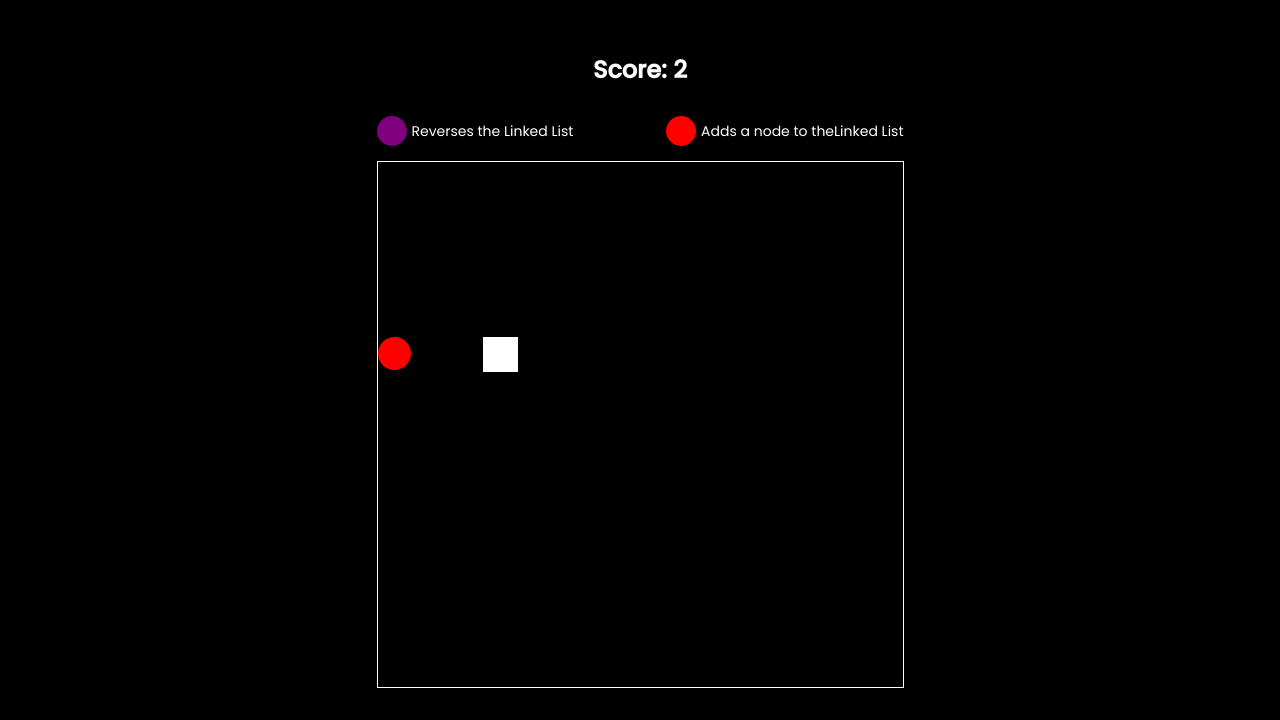
Repository: rehans-Life/linkedlist-snake-game
Page: /
An editor plug-in stored every save of this project. The page is shown before and after the next save, followed by the edit.
The browser window is 1280 px wide. The pictures show the whole page.
The project was rebuilt for these pictures with package versions that can differ from the ones it lists, and the page was loaded fresh each time. The framework's server and built-in components were replaced by stand-ins that run in the browser. Also part of the build but not shown: next.config.js.

Above is the page before, as saved 2023-04-16 02:45:55.

### pages/index.js
import Head from "next/head";
import styles from "../styles/Home.module.css";
import Board from "../components/Board";

export default function Home() {
  return (
    <div className={styles.container}>
      <Head>
        <title>Linked List Snake Game</title>
        <meta name="description" content="linked list snake game" />
        <link rel="icon" href="/favicon.ico" />
      </Head>
      <Board />
    </div>
  );
}

### styles/globals.css
@import url("https://fonts.googleapis.com/css2?family=Poppins:wght@100;200;300;400;500&display=swap");

html,
body {
  padding: 0;
  margin: 0;
}

a {
  color: inherit;
  text-decoration: none;
}

* {
  box-sizing: border-box;
  font-family: Poppins;
}

button {
  margin: 0;
  padding: 0;
}

### styles/Home.module.css
.container {
  background-color: rgb(0, 0, 0);
  height: 100vh;
  display: flex;
  align-items: center;
  justify-content: center;
}

.board {
  border: 1px solid white;
}

.score {
  color: white;
  width: 100%;
  text-align: center;
}

.row {
  display: flex;
  align-items: center;
  justify-content: center;
}

.cell {
  width: 35px;
  height: 35px;
}

.snake_cell {
  background-color: green;
}

.food_cell {
  position: relative;
}

.food_cell::before {
  content: "";
  height: 95%;
  position: absolute;
  width: 95%;
  border-radius: 50%;
  background-color: red;
}

.reverse_cell {
  position: relative;
}

.reverse_cell::before {
  content: "";
  height: 95%;
  position: absolute;
  width: 95%;
  border-radius: 50%;
  background-color: purple;
}

.head {
  background-color: white;
}

.circle {
  height: 30px;
  width: 30px;
  border-radius: 50%;
}

.reverse {
  background-color: purple;
}

.food {
  background-color: red;
}

.text {
  color: white;
  font-size: 14px;
}

.info {
  display: flex;
  align-items: center;
  justify-content: space-between;
  column-gap: 5px;
}

.infos {
  display: flex;
  align-items: center;
  justify-content: space-between;
  margin-bottom: 5px;
}

### components/Board.jsx
/* eslint-disable react-hooks/exhaustive-deps */
import React, { useEffect, useState } from "react";
import styles from "../styles/Home.module.css";
import { createBoard, randomIntInIntervel } from "../utils";

const BOARD_SIZE = 10;

// A Class to represent each node of the linked list
class Node {
  constructor(value, row, col) {
    this.value = value;
    this.row = row;
    this.col = col;
    this.next = null;
  }
}

// A class to represent the singly linked list
class SinglyLinkedList {
  constructor(head) {
    let node = new Node(head.value, head.row, head.col);
    this.head = node;
    this.tail = node;
  }
}

const Direction = {
  UP: "UP",
  RIGHT: "RIGHT",
  DOWN: "DOWN",
  LEFT: "LEFT",
};

const reverseDirection = {
  UP: "DOWN",
  RIGHT: "LEFT",
  DOWN: "UP",
  LEFT: "RIGHT",
};

export default function Board() {
  const [board, setBoard] = useState(createBoard(15));

  // A set to store the values of all snake cells intially our snake will be of size
  // one cell and start from the 44th cells.
  const [snakeCells, setSnakeCells] = useState(new Set([80]));

  // A linked list for our snake initally going to have only one node which
  // is at cell 44.
  const [linkedlist, setLinkedList] = useState(
    new SinglyLinkedList({ value: 80, row: 5, col: 4 })
  );

  const [foodCell, setFoodCell] = useState(85);
  const [direction, setDirection] = useState(Direction.RIGHT);

  const [reverseLinkedList, setReverseLinkedList] = useState(false);
  const [counter, setCounter] = useState(0);

  useEffect(() => {
    window.addEventListener("keydown", (e) => {
      handleKeyDown(e.key);
    });
    let gameStartInternal = setInterval(() => {
      setLinkedList((currLinkedList) => moveLinkedList(currLinkedList));
    }, 250);
    return () => {
      clearInterval(gameStartInternal);
    };
  }, [direction, foodCell, snakeCells]);

  useEffect(() => {
    setSnakeCells((currSnakeCells) => moveSnakeCells(currSnakeCells));
  }, [linkedlist]);

  useEffect(() => {
    setCounter((curr) => curr + 1);
  }, [foodCell]);

  function handleKeyDown(key) {
    const direction = getDirectionFromKey(key);
    if (direction === "") return;
    setDirection(direction);
  }

  const getDirectionFromKey = (key) => {
    if (key === "ArrowUp") return Direction.UP;
    if (key === "ArrowRight") return Direction.RIGHT;
    if (key === "ArrowDown") return Direction.DOWN;
    if (key === "ArrowLeft") return Direction.LEFT;
    return "";
  };

  function moveLinkedList(originalLinkedlist) {
    let linkedList = copyLinkedList(originalLinkedlist);
    let currHead = linkedList.head;
    let newHead = createNewNodeInDirection(board, currHead);

    if (!newHead) {
      setFoodCell(85);
      setDirection(Direction.RIGHT);
      setCounter(0);
      return new SinglyLinkedList({ value: 80, row: 5, col: 4 });
    }

    currHead.next = newHead;
    if (newHead.value === foodCell) {
      if (reverseLinkedList) {
        let reversedLinkedList = createReverseLinkedList(linkedList);
        let newDirection = newReverseDirection(originalLinkedlist.tail);
        setDirection(newDirection);
        while (true) {
          let newFoodCell = randomIntInIntervel(1, board[14][14]);
          if (!snakeCells.has(newFoodCell)) {
            setReverseLinkedList(Math.random() < 0.3);
            setFoodCell(newFoodCell);
            break;
          }
        }
        return { head: reversedLinkedList.head, tail: currHead };
      }

      let growthCell = createNewNodeForGrowth(board, linkedList.tail);
      let temp = linkedList.tail;
      linkedList.tail = growthCell;
      linkedList.tail.next = temp;

      while (true) {
        let newFoodCell = randomIntInIntervel(1, board[14][14]);
        if (!snakeCells.has(newFoodCell)) {
          setReverseLinkedList(Math.random() < 0.3);
          setFoodCell(newFoodCell);
          break;
        }
      }
    }
    return { head: newHead, tail: linkedList.tail.next };
  }

  function newReverseDirection(currHead) {
    let newDirection;
    let nextToHead = currHead.next;

    if (!nextToHead) {
      if (direction === "RIGHT") newDirection = reverseDirection["RIGHT"];
      else if (direction === "LEFT") newDirection = reverseDirection["LEFT"];
      else if (direction === "UP") newDirection = reverseDirection["UP"];
      else newDirection = reverseDirection["DOWN"];
      return newDirection;
    }

    if (direction === "RIGHT") {
      if (nextToHead.col === currHead.col - 1) {
        newDirection = "RIGHT";
      } else {
        newDirection = "LEFT";
      }
    }

    if (direction === "LEFT") {
      if (nextToHead.col === currHead.col + 1) {
        newDirection = "LEFT";
      } else {
        newDirection = "RIGHT";
      }
    }

    if (direction === "UP") {
      if (nextToHead.row === currHead.row + 1) {
        newDirection = "UP";
      } else {
        newDirection = "DOWN";
      }
    }

    if (direction === "DOWN") {
      if (nextToHead.row === currHead.row - 1) {
        newDirection = "DOWN";
      } else {
        newDirection = "UP";
      }
    }
    return newDirection;
  }

  function createReverseLinkedList(linkedList) {
    let tail = linkedList.tail;
    let curr = null;
    let prev = tail;

    while (prev) {
      let temp = prev.next;
      prev.next = curr;
      curr = prev;
      prev = temp;
    }

    return { head: tail, tail: curr };
  }

  function createNewNodeForGrowth(board, currTail) {
    let newTail;
    if (direction === "LEFT")
      newTail = new Node(
        board[currTail.row][currTail.col + 1],
        currTail.row,
        currTail.col + 1
      );
    else if (direction === "RIGHT")
      newTail = new Node(
        board[currTail.row][currTail.col - 1],
        currTail.row,
        currTail.col - 1
      );
    else if (direction === "DOWN") {
      if (currTail.row - 1 < 0) {
        newTail = new Node(
          board[currTail.row + 1][currTail.col],
          currTail.row + 1,
          currTail.col
        );
      } else {
        newTail = new Node(
          board[currTail.row - 1][currTail.col],
          currTail.row - 1,
          currTail.col
        );
      }
    } else if (direction === "UP") {
      if (currTail.row + 1 >= 15) {
        newTail = new Node(
          board[currTail.row - 1][currTail.col],
          currTail.row - 1,
          currTail.col
        );
      } else {
        newTail = new Node(
          board[currTail.row + 1][currTail.col],
          currTail.row + 1,
          currTail.col
        );
      }
    }

    return newTail;
  }

  function createNewNodeInDirection(board, currHead) {
    let newHead = false;
    if (
      direction === "LEFT" &&
      currHead.col - 1 >= 0 &&
      !snakeCells.has(board[currHead.row][currHead.col - 1])
    )
      newHead = new Node(
        board[currHead.row][currHead.col - 1],
        currHead.row,
        currHead.col - 1
      );
    else if (
      direction === "RIGHT" &&
      currHead.col + 1 < 15 &&
      !snakeCells.has(board[currHead.row][currHead.col + 1])
    )
      newHead = new Node(
        board[currHead.row][currHead.col + 1],
        currHead.row,
        currHead.col + 1
      );
    else if (
      direction === "DOWN" &&
      currHead.row + 1 < 15 &&
      !snakeCells.has(board[currHead.row + 1][currHead.col])
    )
      newHead = new Node(
        board[currHead.row + 1][currHead.col],
        currHead.row + 1,
        currHead.col
      );
    else if (
      direction === "UP" &&
      currHead.row - 1 >= 0 &&
      !snakeCells.has(board[currHead.row - 1][currHead.col])
    )
      newHead = new Node(
        board[currHead.row - 1][currHead.col],
        currHead.row - 1,
        currHead.col
      );
    return newHead;
  }

  function copyLinkedList(linkedList) {
    let node = linkedList.tail;
    let newNode = new Node(node.value, node.row, node.col);
    let newTail = newNode;
    while (node.next) {
      let next = node.next;
      let newNext = new Node(next.value, next.row, next.col);
      node = next;
      newNode.next = newNext;
      newNode = newNext;
    }
    return {
      head: newNode,
      tail: newTail,
    };
  }

  function moveSnakeCells() {
    let movedSnake = [];
    let node = linkedlist.tail;

    while (node) {
      movedSnake.push(node.value);
      node = node.next;
    }
    movedSnake.reverse();
    return new Set(movedSnake);
  }

  const infos = [
    {
      color: "purple",
      text: "Reverses the Linked List",
    },
    {
      color: "red",
      text: "Adds a node to theLinked List",
    },
  ];

  const Info = ({ text, color }) => {
    return (
      <div className={styles.info}>
        <div
          className={`${styles.circle} ${
            color === "purple" ? styles.reverse : styles.food
          }`}
        ></div>
        <p className={styles.text}>{text}</p>
      </div>
    );
  };

  return (
    <div>
      <h2 className={styles.score}>Score: {counter}</h2>
      <div className={styles.infos}>
        {infos.map(({ color, text }, index) => (
          <Info text={text} color={color} key={index} />
        ))}
      </div>
      <div className={styles.board}>
        {board.map((row, i) => (
          <div key={i} className={styles.row}>
            {row.map((value, j) => (
              <div
                key={j}
                className={`${styles.cell} ${
                  linkedlist.head.value === value
                    ? styles.head
                    : snakeCells.has(value)
                    ? styles.snake_cell
                    : reverseLinkedList && value === foodCell
                    ? styles.reverse_cell
                    : value === foodCell
                    ? styles.food_cell
                    : ""
                }`}
              ></div>
            ))}
          </div>
        ))}
      </div>
    </div>
  );
}

### utils.js
export const randomIntInIntervel = (max, min) => {
  return Math.floor(Math.random() * (max - min + 1)) + min;
};

export const createBoard = (board_size) => {
  // All the cells which have a certain value assigned to them
  let board = [];
  let counter = 1;
  for (let i = 0; i < board_size; i++) {
    let row = [];
    for (let j = 0; j < board_size; j++) row.push(counter++);
    board.push(row);
  }
  return board;
};

Loaded but not shown: pages/_app.js (common file)

After the next save:
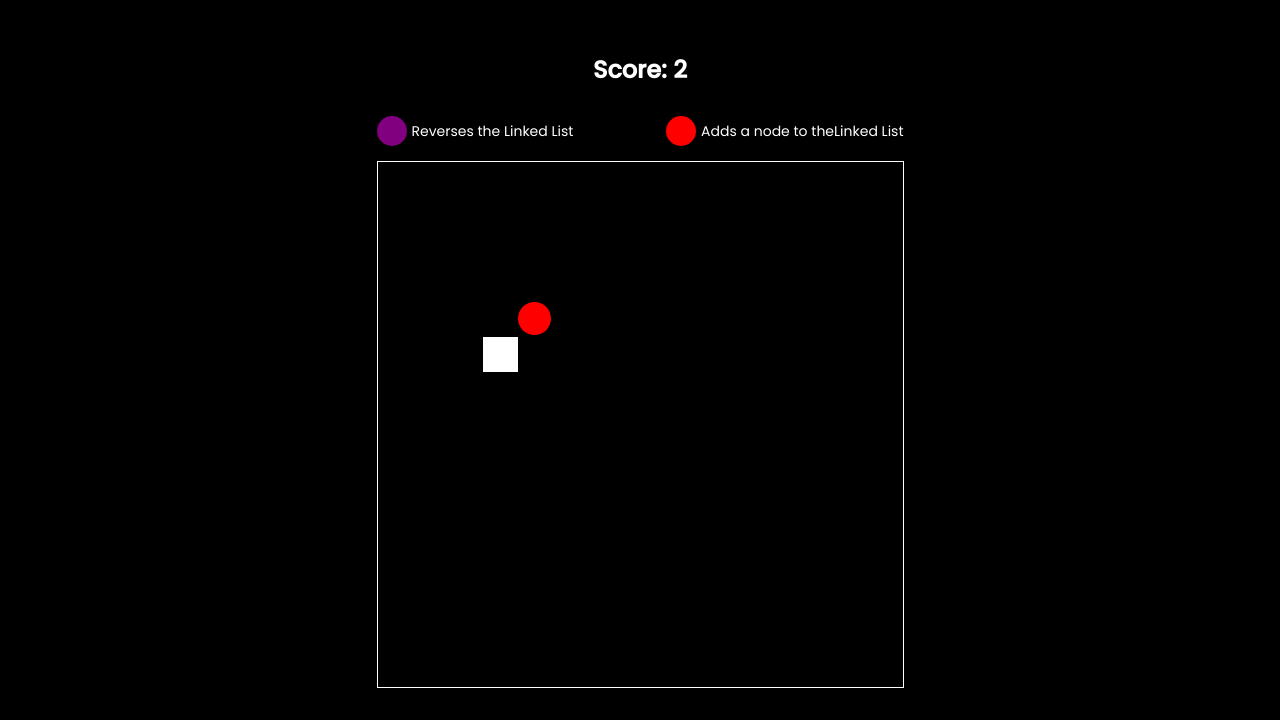
Saved 64 s later.
--- a/components/Board.jsx
+++ b/components/Board.jsx
@@ -3,7 +3,7 @@ import React, { useEffect, useState } from "react";
 import styles from "../styles/Home.module.css";
 import { createBoard, randomIntInIntervel } from "../utils";
 
-const BOARD_SIZE = 10;
+const BOARD_SIZE = 13;
 
 // A Class to represent each node of the linked list
 class Node {
@@ -110,7 +110,10 @@ export default function Board() {
         let newDirection = newReverseDirection(originalLinkedlist.tail);
         setDirection(newDirection);
         while (true) {
-          let newFoodCell = randomIntInIntervel(1, board[14][14]);
+          let newFoodCell = randomIntInIntervel(
+            1,
+            board[BOARD_SIZE - 1][BOARD_SIZE - 1]
+          );
           if (!snakeCells.has(newFoodCell)) {
             setReverseLinkedList(Math.random() < 0.3);
             setFoodCell(newFoodCell);
@@ -126,7 +129,10 @@ export default function Board() {
       linkedList.tail.next = temp;
 
       while (true) {
-        let newFoodCell = randomIntInIntervel(1, board[14][14]);
+        let newFoodCell = randomIntInIntervel(
+          1,
+          board[BOARD_SIZE - 1][BOARD_SIZE - 1]
+        );
         if (!snakeCells.has(newFoodCell)) {
           setReverseLinkedList(Math.random() < 0.3);
           setFoodCell(newFoodCell);
